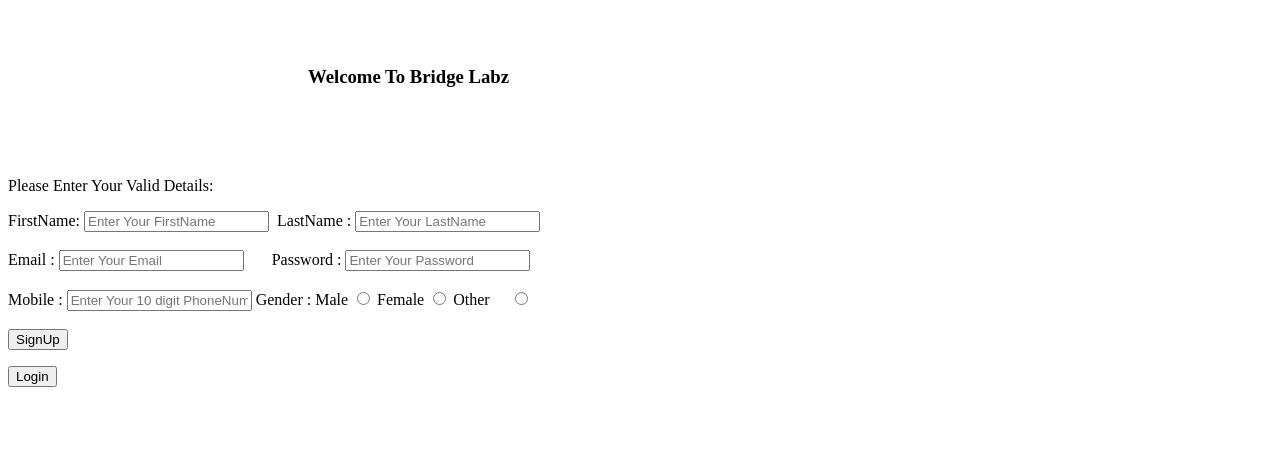
Repository: msibgathulla9980/Servlet
Page: LoginRegistrationApp/WebContent/Registration.html
These files come from the project's save history. The page is drawn as it stood at one moment and after the next save; the edit follows.
The browser window is 1280 px wide. The pictures show the whole page.

Above is the page before, as saved 2019-01-23 04:20:50.

### LoginRegistrationApp/WebContent/Registration.html
<html>
<head>
<h3><b><object align="middle"></object>Welcome To Bridge Labz</b></h3>
</head>
<title>LoginPage</title>
<p>Please Enter Your Valid Details: </p>
<body>
<form action="Register" method="post">
FirstName: <input type="text" name="firstName" placeholder="Enter Your FirstName" required/>&nbsp
LastName : <input type="text" name="lastName" placeholder="Enter Your LastName" required/><br><br>
Email    : <input type="email" name="email" placeholder="Enter Your Email" required/>&nbsp&nbsp&nbsp&nbsp&nbsp&nbsp
Password : <input type="password" name="password" placeholder="Enter Your Password" required/><br><br>
Mobile   : <input type="text" name="phoneNumber" placeholder="Enter Your 10 digit PhoneNumber" required/>
Gender   :
<label for="male">Male</label>
  <input type="radio" name="gender" id="male" value="male" >
  <label for="female">Female</label>
 <input type="radio" name="gender" id="female" value="female" >
  <label for="other">Other</label>&nbsp&nbsp&nbsp&nbsp
 <input type="radio" name="gender" id="other" value="other" ><br><br>
</object><input type="submit" value="SignUp"/>
</form>
<a href="login.html" ><input type="submit" value="Login"/></a>
</body>
</html>

After the next save:
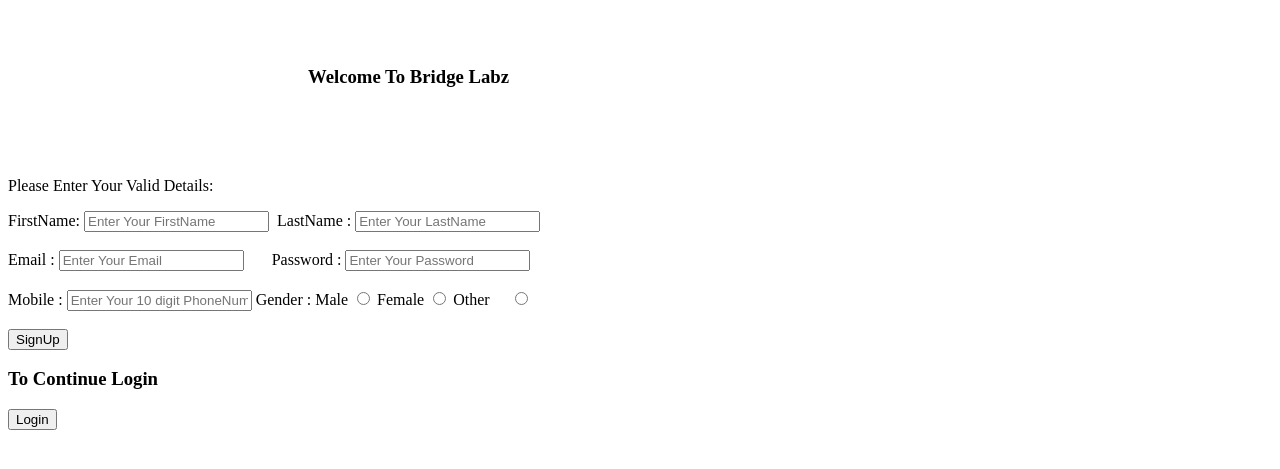
Saved 119 s later.
--- a/LoginRegistrationApp/WebContent/Registration.html
+++ b/LoginRegistrationApp/WebContent/Registration.html
@@ -20,6 +20,7 @@
  <input type="radio" name="gender" id="other" value="other" ><br><br>
 </object><input type="submit" value="SignUp"/>
 </form>
+<h3>To Continue Login</h3>
 <a href="login.html" ><input type="submit" value="Login"/></a>
 </body>
 </html>
